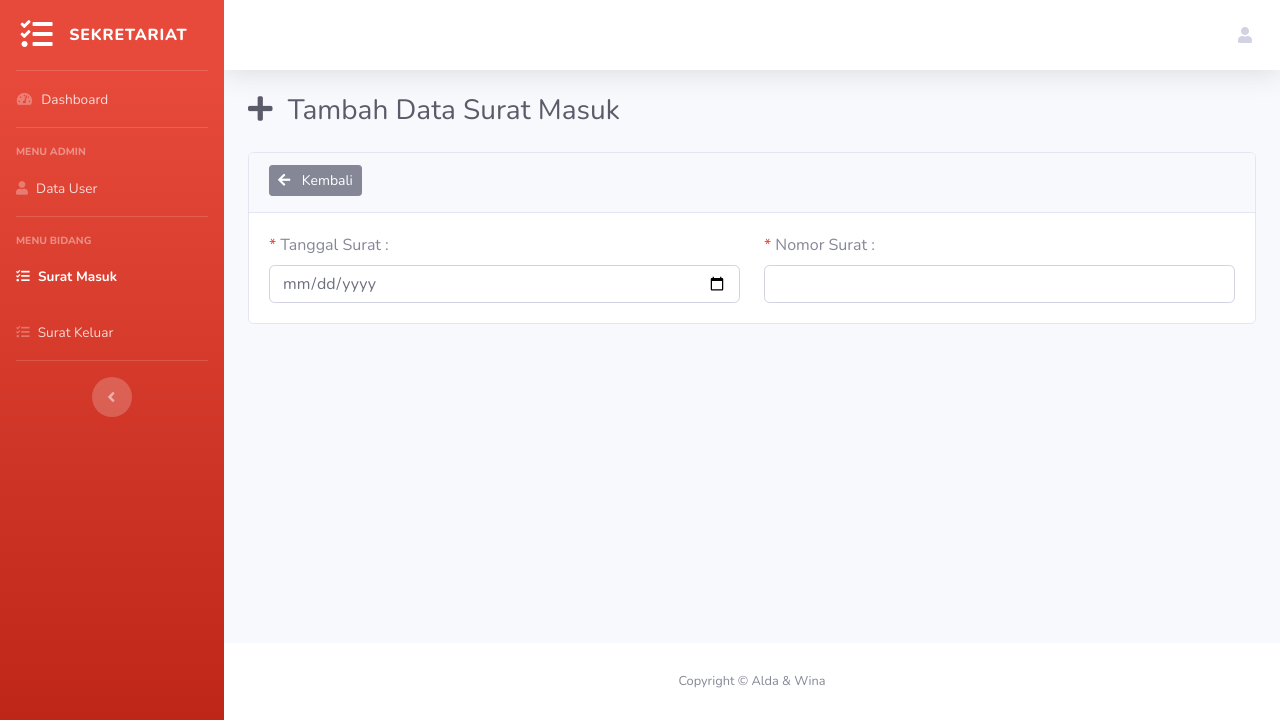
Repository: aldasamrotulfuadah/projek-PKL
Page: http://localhost/suratmasuk/create
The author's editor kept a copy of each file at every save. The page is drawn from the files as they stood at one save, then again after the next save.
The browser window is 1280 px wide. The pictures show the whole page.
The page is served by the project's Laravel application, run on PHP 8.4 with Laravel 12. A made-up administrator, Test User (test@example.com), is signed in.

Above is the page before, as saved 2026-03-12 11:01:56.

After the next save:
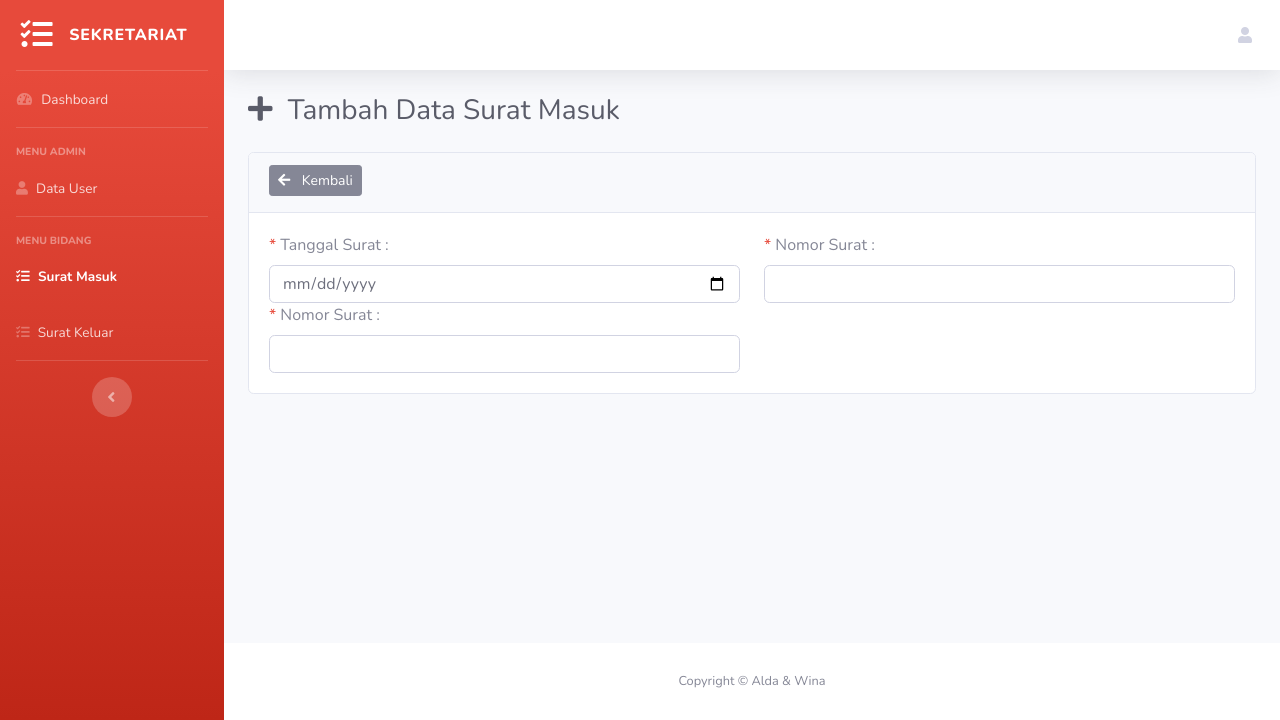
Saved 2 min 7 s later.
--- a/resources/views/suratm/create.blade.php
+++ b/resources/views/suratm/create.blade.php
@@ -33,6 +33,13 @@
                     </label>
                     <input type="text" name="nomor" class="form-control">
                 </div>
+                <div class="col-6">
+                    <label class="form-label">
+                        <span class="text-danger">*</span>
+                        Nomor Surat :
+                    </label>
+                    <input type="text" name="nomor" class="form-control">
+                </div>
             </div>
         </div>
     </div>

After the save that followed:
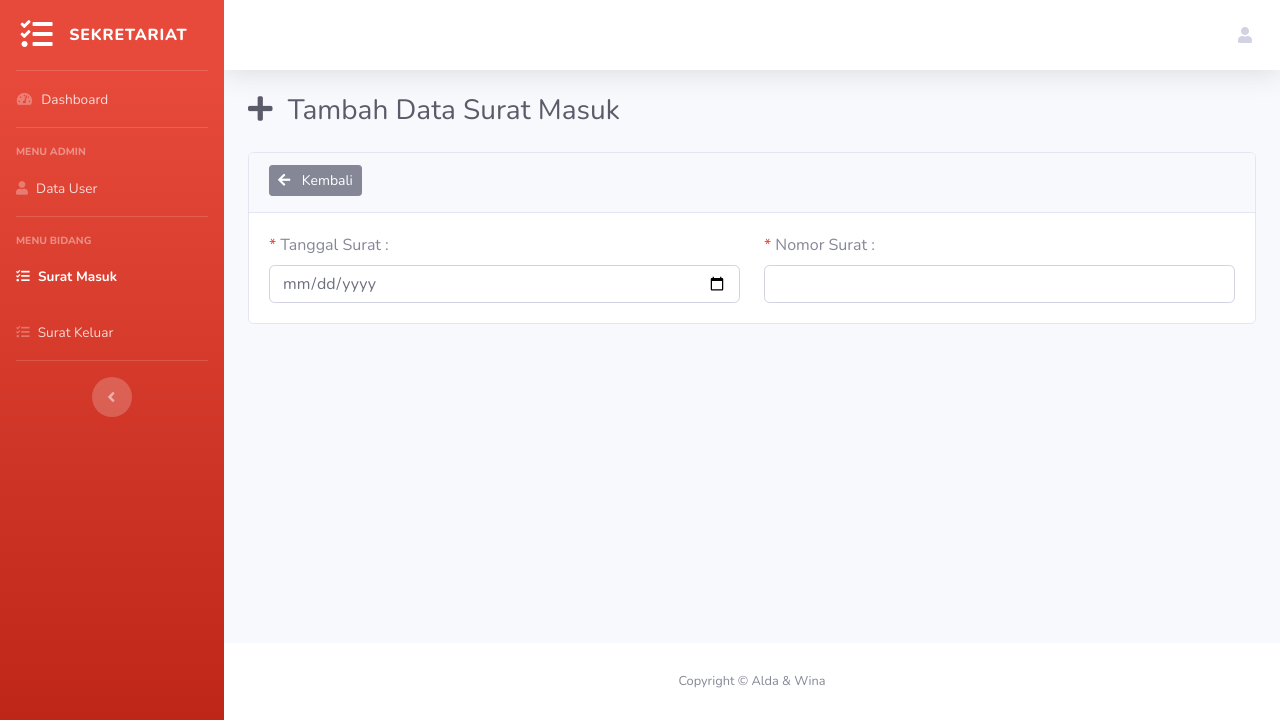
Saved 38 s later.
--- a/resources/views/suratm/create.blade.php
+++ b/resources/views/suratm/create.blade.php
@@ -33,13 +33,6 @@
                     </label>
                     <input type="text" name="nomor" class="form-control">
                 </div>
-                <div class="col-6">
-                    <label class="form-label">
-                        <span class="text-danger">*</span>
-                        Nomor Surat :
-                    </label>
-                    <input type="text" name="nomor" class="form-control">
-                </div>
             </div>
         </div>
     </div>
